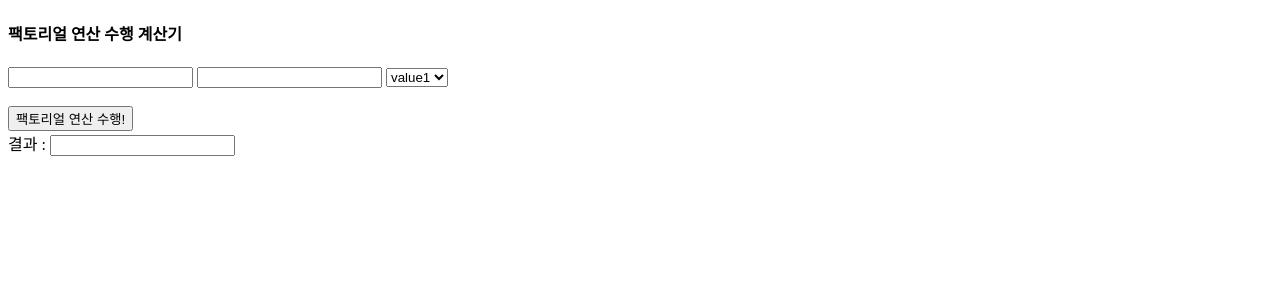
Repository: JavaJin96/kr.or.ddit.WebApp
Page: http://localhost/webStudy01/02/factorial.do
These files come from the project's save history. The page is drawn as it stood at one moment and after the next save; the edit follows.
The browser window is 1280 px wide. The pictures show the whole page.
The page is served by Tomcat 9.

Above is the page before, as saved 2022-02-28 01:34:46.
Console error: SyntaxError: missing ) after argument list

After the next save:
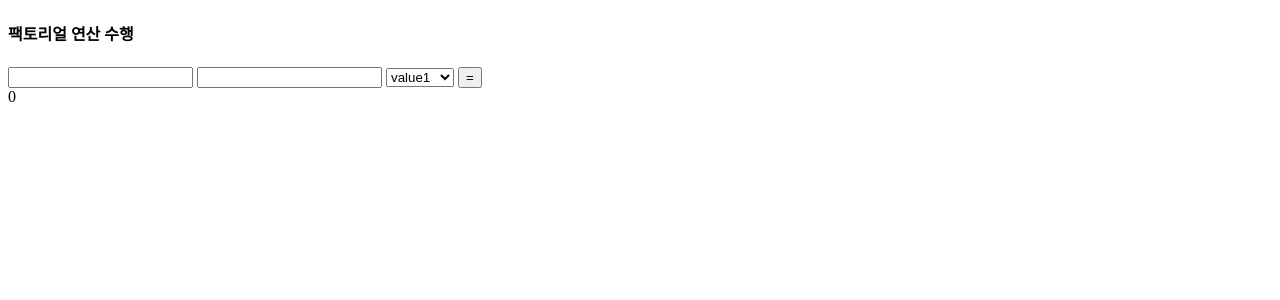
The error is gone.
Saved 2 min 26 s later.
--- a/6.JspSpring/workspace/webStudy01/webapp/WEB-INF/views/factorial.jsp
+++ b/6.JspSpring/workspace/webStudy01/webapp/WEB-INF/views/factorial.jsp
@@ -3,71 +3,67 @@
 <!DOCTYPE html>
 <html>
 <head>
+
 <meta charset="UTF-8">
 <title>02/factorial.jsp</title>
-<script src="<%=request.getContextPath() %>/resources/js/jquery-3.6.0.min.js"></script>
+<script type="text/javascript" src="<%=request.getContextPath()%>/resources/js/jquery-3.6.0.min.js"></script>
+
 
 </head>
-<body>
 
 
-	<h4>팩토리얼 연산 수행 계산기</h4>
-	<form method="post" name="factorialForm">
-		<input type='number' name='num' id="num">
-		<input type="text" name="param1">
-		<select name="param2">
-			<option>value1</option>
-			<option>value2</option>
-		</select>
-		<br><br>
-		<button type="submit">팩토리얼 연산 수행!</button>
-	</form>
 
+<body>
+<h4>팩토리얼 연산 수행</h4>
+<form method="post" name="factorialForm">
+   <input type="number" name="operand">
+   <input type="text" name="param1">
+   <select name="param2">
+      <option>value1</option>
+      <option>value2z</option>
+   </select>
+   <button type="submit"> = </button>
+</form>
+<!-- 선언부 기호(를 사용해서, 10! 연산의 결과를 브라우저에 랜더링. -->
 <%
-	/* Object data = request.getAttribute("result");
-	long result = 0;
-	if(data != null)
-		result = (Long)data; */
+   Object data = request.getAttribute("result");
+   long result = 0;
 
+   if(data != null)
+      result = (Long)data;
 %>
+<%= result %>
+<script type="text/javascript">
+$(function() {
+   $('[name=factorialForm]').on('submit', function(event) {
+      event.preventDefault();
+      let url = this.action;
+      let method = this.method;
+      let data = $(this).serialize();
 
-	결과 : <input type="text"  readonly="readonly" id="res">
-<script>
-	$(function(){
+      console.log(data);
+
+      $.ajax({
+         url : url,
+         method : method,
+         data : data,
+         dataType : "xml",
+         success : function(resp) {
+
+         },
+         error : function(jqXHR, textStatus, errorThrown) {
+            console.log(jqXHR);
+            console.log(textStatus);
+            console.log(errorThrown);
+         }
+
+      });
 
 
 
 
-		$("[name=factorialForm]").on("submit", fucntion(event){
-
-			// form 태그의 기본적인 동기요청 없애기(동기요청이 취소된다.)
-			event.preventDefault();
-
-			// form의 action을 url로 가져온다.
-			let url = this.action;
-			let method = this.method;
-			let data = $(this).serialize();
-			alert(data);
-			cosole.log(data);
-
-			$.ajax({
-				url : url,
-				data : data,
-				method : method,
-				success : function(res) {
-
-				},
-				error : function(jqXHR, textStatus, errorThrown) {
-					console.log(jqXHR);
-					console.log(textStatus);
-					console.log(errorThrown);
-				},
-				dataType : "json"
-			})
-		})
-
-
-	})
+   });
+})
 </script>
 </body>
 </html>
